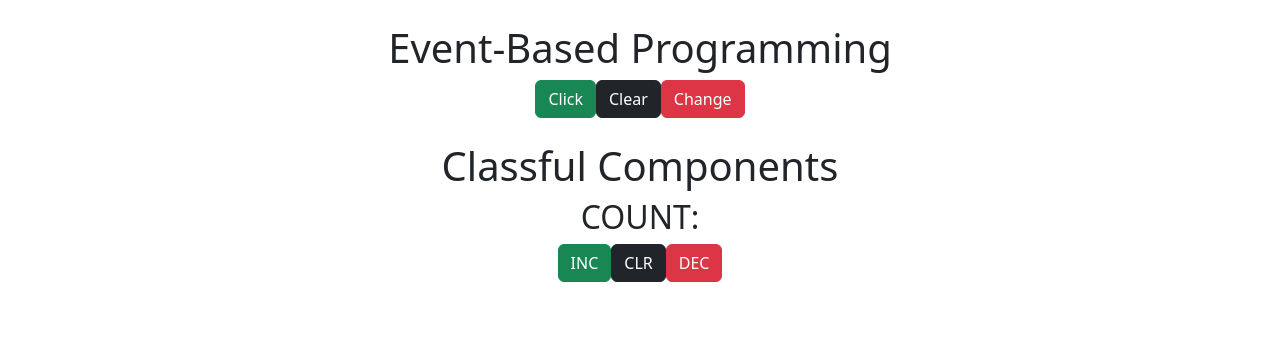
Repository: sedat-akdogan/React_Revision
Page: / (app in sunday/)
An editor plug-in stored every save of this project. The page is shown before and after a run of saves, followed by the edit.
The browser window is 1280 px wide. The pictures show the whole page.
The project was rebuilt for these pictures with package versions that can differ from the ones it lists, and the page was loaded fresh each time.

Above is the page before, as saved 2023-04-01 01:55:21.

### sunday/src/index.js
import React from 'react';
import ReactDOM from 'react-dom/client';
import App from './App';
import 'bootstrap/dist/css/bootstrap.min.css';

const root = ReactDOM.createRoot(document.getElementById('root'));
root.render(<App />);

### sunday/src/App.js
import React from 'react';
import Events from './components/1-events/Events';
import Counter from './components/2-classComponents/Counter';


function App() {
    return (
        <div>
            <Events />
            <Counter />
        </div>
    );
}

export default App;

### sunday/src/components/1-events/Events.jsx
const Events = () => {
    let message = "Event-Based Programming";
    const handleClick = () => {
        alert("Button Clicked");
    }

    const handleClear = (msg) => {
        alert(msg);
    }

    const handleChange = (event) => {
        console.log(event.target);
    }

    return (
        <div className='container text-center mt-4'>
            <h1>{message}</h1>
            <button
                onClick={handleClick} className='btn btn-success'>
                Click
            </button>

            <button
            onClick={() => handleClear("Clear Button Clicked")}
            className="btn btn-dark">
                Clear
            </button>

            <button onclick={handleChange} className="btn btn-danger">
                Change
            </button>
        </div>
    );
};

export default Events;

### sunday/src/components/2-classComponents/Counter.jsx

import { Component } from 'react';

class Counter extends Component {

    constructor(props) {
        super(props)

        this.state = {
            count: 0,
        };
    }


    render() {
        return (
            <div className='container text-center mt-4'>
                <h1>Classful Components</h1>
                <h2 className='disp'>COUNT: </h2>
                <button className='btn btn-success'>INC</button>

                <button className="btn btn-dark">CLR</button>

                <button  className="btn btn-danger">DEC</button>
            </div>
        );
    }
}

export default Counter;

Loaded but not shown: sunday/public/index.html (common file)

After the next 2 saves:
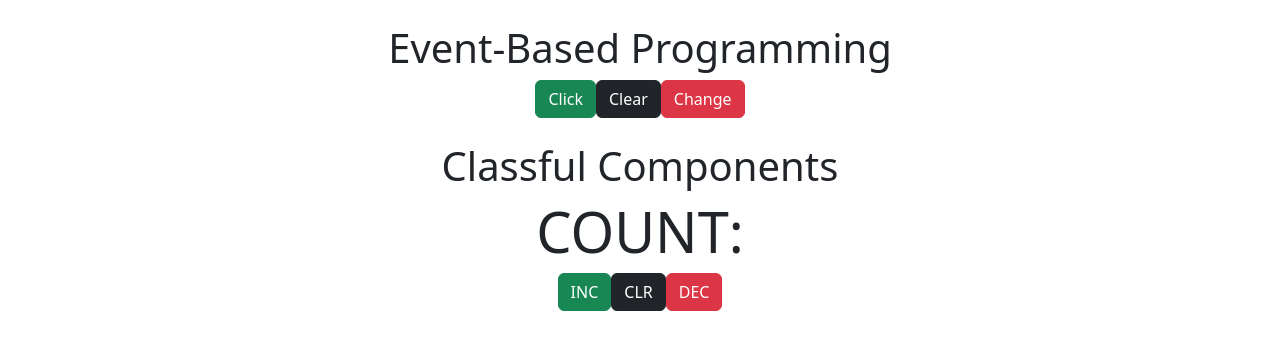
The 2 saves are shown as one change because they came seconds apart.
The last was saved 11 s later.
--- a/sunday/src/components/2-classComponents/Counter.jsx
+++ b/sunday/src/components/2-classComponents/Counter.jsx
@@ -16,7 +16,7 @@ class Counter extends Component {
         return (
             <div className='container text-center mt-4'>
                 <h1>Classful Components</h1>
-                <h2 className='disp'>COUNT: </h2>
+                <h2 className='display-4'>COUNT: </h2>
                 <button className='btn btn-success'>INC</button>
 
                 <button className="btn btn-dark">CLR</button>
